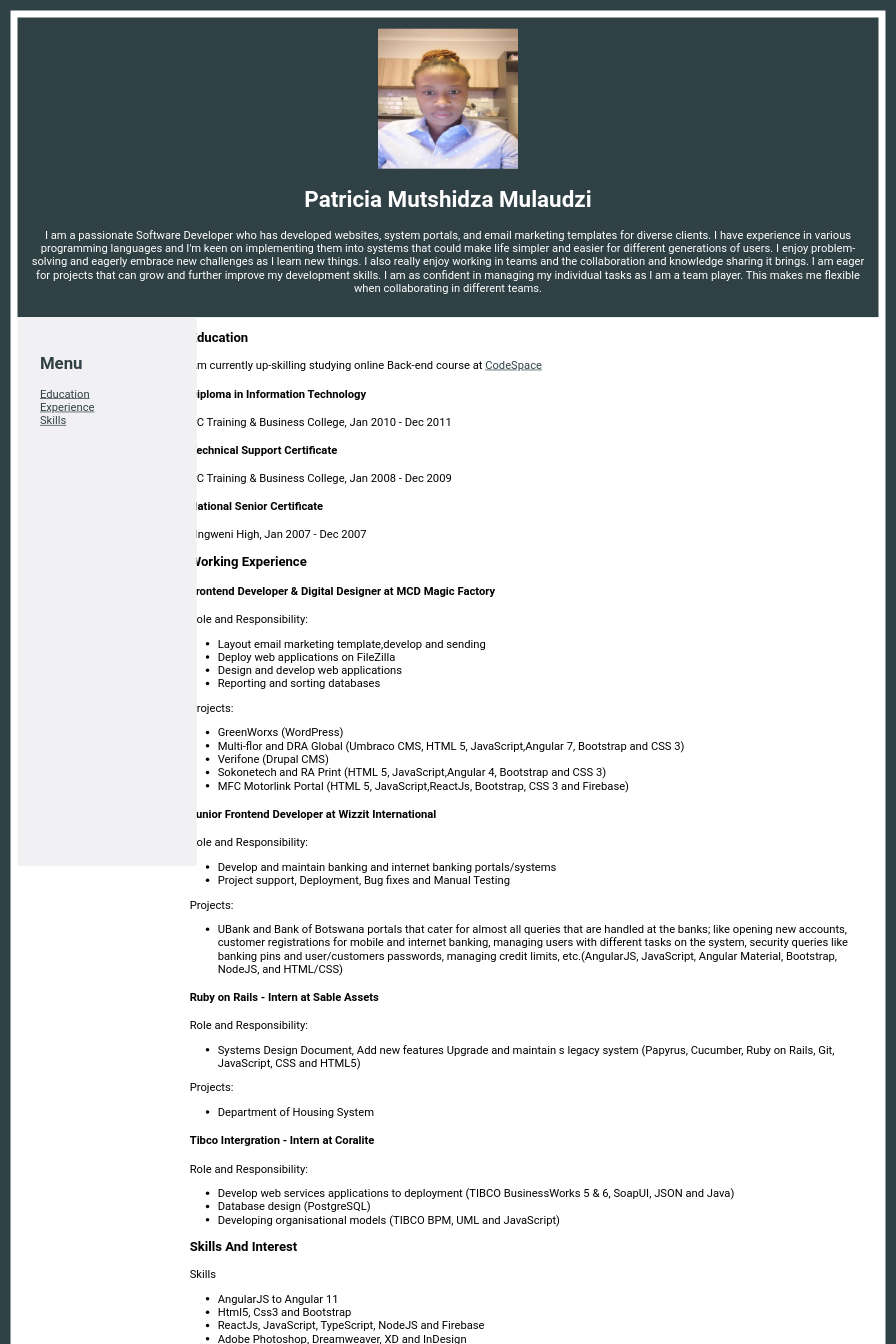
Repository: Patricious/Digital-Resume-01
Page: index.html
The author's editor kept a copy of each file at every save. The page is drawn from the files as they stood at one save, then again after a run of saves.
The browser window is 1280 px wide. The pictures show the part of the page from y = 0 to 1920 px (the page is 2389 px tall before and 2661 px after), at 70% of full size.
A picture or video elsewhere on the page could not be fetched, so the positions and the page height are approximate.

Above is the page before, as saved 2021-08-23 11:03:18.

### index.html
<!DOCTYPE html>
<html>

<head>
    <title>Patricia Digital Resume</title>
    <link rel="stylesheet" type="text/css" href="css/stylesheet.css">
</head>

<body>

    <header>
        <img src="img/IMG_20200502_085519.jpg" alt="profile" width="200" height="200" />
        <h1>Patricia Mutshidza Mulaudzi</h1>
        <p>I am a passionate Software Developer who has developed websites, system portals, and email marketing templates for diverse clients. I have experience in various programming languages and I'm keen on implementing them into systems that could make
            life simpler and easier for different generations of users. I enjoy problem-solving and eagerly embrace new challenges as I learn new things. I also really enjoy working in teams and the collaboration and knowledge sharing it brings. I am
            eager for projects that can grow and further improve my development skills. I am as confident in managing my individual tasks as I am a team player. This makes me flexible when collaborating in different teams.</p>
    </header>
    <aside>
        <h2>Menu</h2>
        <ul class="nav">
            <li>
                <a href="#education">Education</a>
            </li>
            <li>
                <a href="#experience">Experience</a>
            </li>
            <li>
                <a href="#skills">Skills</a>
            </li>

        </ul>
    </aside>
    <section>
        <article>
            <h3 id="#education"> <span>Education</span>
            </h3>
            <p> Am currently up-skilling studying online Back-end course at
                <a href="https://www.codespace.co.za/courses/?matchtype=b&device=c&keyword=codespace&adgroupid=81088003381&utm_campaign=8148639553&utm_source=google&utm_medium=cpc&gclid=EAIaIQobChMIkP_7q8bG8gIV1uvtCh0w7A1-EAAYASAAEgL34vD_BwE"> CodeSpace</a>
            </p>

            <h4>Diploma in Information Technology </h4>

            <p>PC Training & Business College, Jan 2010 - Dec 2011</p>
            <h4>Technical Support Certificate </h4>


            <p>PC Training & Business College, Jan 2008 - Dec 2009</p>

            <h4>National Senior Certificate</h4>


            <p>Nngweni High, Jan 2007 - Dec 2007</p>
        </article>
    </section>
    <section>
        <article>
            <h3 id="#experience"> Working Experience</h3>
            <h4>Frontend Developer & Digital Designer at MCD Magic Factory
            </h4>
            <p>Role and Responsibility:</p>
            <ul>
                <li>Layout email marketing template,develop and sending</li>
                <li> Deploy web applications on FileZilla</li>
                <li>Design and develop web applications</li>
                <li>Reporting and sorting databases</li>
            </ul>
            <p>Projects:</p>
            <ul>
                <li>GreenWorxs (WordPress)</li>
                <li>Multi-flor and DRA Global (Umbraco CMS, HTML 5, JavaScript,Angular 7, Bootstrap and CSS 3)</li>
                <li>Verifone (Drupal CMS)</li>
                <li>Sokonetech and RA Print (HTML 5, JavaScript,Angular 4, Bootstrap and CSS 3)</li>
                <li>MFC Motorlink Portal (HTML 5, JavaScript,ReactJs, Bootstrap, CSS 3 and Firebase)</li>
            </ul>

            <h4>Junior Frontend Developer at Wizzit International
            </h4>
            <p>Role and Responsibility:</p>
            <ul>
                <li>Develop and maintain banking and internet banking portals/systems</li>
                <li>Project support, Deployment, Bug fixes and Manual Testing</li>

            </ul>
            <p>Projects:</p>
            <ul>
                <li>UBank and Bank of Botswana portals that cater for almost all queries that are handled at the banks; like opening new accounts, customer registrations for mobile and internet banking, managing users with different tasks on the system, security
                    queries like banking pins and user/customers passwords, managing credit limits, etc.(AngularJS, JavaScript, Angular Material, Bootstrap, NodeJS, and HTML/CSS)</li>
            </ul>

            <h4>Ruby on Rails - Intern at Sable Assets
            </h4>
            <p>Role and Responsibility:</p>
            <ul>
                <li>Systems Design Document, Add new features Upgrade and maintain s legacy system (Papyrus, Cucumber, Ruby on Rails, Git, JavaScript, CSS and HTML5)</li>

            </ul>
            <p>Projects:</p>
            <ul>
                <li>Department of Housing System</li>
            </ul>

            <h4>Tibco Intergration - Intern at Coralite
            </h4>
            <p>Role and Responsibility:</p>
            <ul>
                <li>Develop web services applications to deployment (TIBCO BusinessWorks 5 & 6, SoapUI, JSON and Java)
                </li>
                <li>Database design (PostgreSQL)</li>
                <li>Developing organisational models (TIBCO BPM, UML and JavaScript)</li>
            </ul>
        </article>
    </section>
    <section>
        <article>
            <h3 id="#skills">Skills And Interest</h3>
            <p>Skills</p>
            <ul>
                <li>AngularJS to Angular 11</li>
                <li>Html5, Css3 and Bootstrap</li>
                <li>ReactJs, JavaScript, TypeScript, NodeJS and Firebase</li>
                <li>Adobe Photoshop, Dreamweaver, XD and InDesign</li>
            </ul>
            <p>Interest </p>
            <ul>
                <li>Travelling and outdoor activities</li>
            </ul>
        </article>
    </section>
    <footer>
        <h2>Contact Details</h2>
        <a href="https://www.linkedin.com/in/patricia-mulaudzi-93b526101/"><img src="In.jpeg" alt="LinkedIN"></a>
        <a href=""><img src="fb.png" alt="Facebook"></a>
        <a href="mailto:mulaudzi689@gmail.com"><img src="Gm.png" alt="Gmail"></a>
    </footer>
</body>

</html>

### css/stylesheet.css
    body {
        font-family: 'Roboto', sans-serif;
        font-size: 100%;
        background-color: #ffffff;
        margin: 10px;
        overflow: scroll;
    }

    html {
        border: 15px solid #304145;
    }

    header {
        text-align: center;
        background-color: #304145;
        color: #ffffff;
        padding: 1em;
    }

    aside {
        background-color: #F1F1F3;
        color: #304145;
        width: 15%;
        padding: 2em;
        height: 100%;
        float: left;
        position: absolute;
        flex: 0 0 auto;
    }

    .nav {
        list-style-type: none;
        margin: 0;
        padding: 0;
    }

    a {
        color: #304145;
    }

    section {
        margin-left: 20%;
        background-color: #ffffff;
    }

    <section><article><h3 id="#education"><span>Education</span></h3><p>Am currently up-skilling studying online Back-end course at <a href="https://www.codespace.co.za/courses/?matchtype=b&device=c&keyword=codespace&adgroupid=81088003381&utm_campaign=8148639553&utm_source=google&utm_medium=cpc&gclid=EAIaIQobChMIkP_7q8bG8gIV1uvtCh0w7A1-EAAYASAAEgL34vD_BwE">CodeSpace</a></p><h4>Diploma in Information Technology </h4><p>PC Training & Business College,
    Jan 2010 - Dec 2011</p><h4>Technical Support Certificate </h4><p>PC Training & Business College,
    Jan 2008 - Dec 2009</p><h4>National Senior Certificate</h4><p>Nngweni High,
    Jan 2007 - Dec 2007</p><h3 id="#experience">Working Experience</h3><h4>Frontend Developer & Digital Designer at MCD Magic Factory </h4><p>Role and Responsibility:</p><ul><li>Layout email marketing template,
    develop and sending</li><li>Deploy web applications on FileZilla</li><li>Design and develop web applications</li><li>Reporting and sorting databases</li></ul><p>Projects:</p><ul><li>GreenWorxs (WordPress)</li><li>Multi-flor and DRA Global (Umbraco CMS, HTML 5, JavaScript, Angular 7, Bootstrap and CSS 3)</li><li>Verifone (Drupal CMS)</li><li>Sokonetech and RA Print (HTML 5, JavaScript, Angular 4, Bootstrap and CSS 3)</li><li>MFC Motorlink Portal (HTML 5, JavaScript, ReactJs, Bootstrap, CSS 3 and Firebase)</li></ul><h4>Junior Frontend Developer at Wizzit International </h4><p>Role and Responsibility:</p><ul><li>Develop and maintain banking and internet banking portals/systems</li><li>Project support,
    Deployment,
    Bug fixes and Manual Testing</li></ul><p>Projects:</p><ul><li>UBank and Bank of Botswana portals that cater for almost all queries that are handled at the banks;
    like opening new accounts,
    customer registrations for mobile and internet banking,
    managing users with different tasks on the system,
    security queries like banking pins and user/customers passwords,
    managing credit limits,
    etc.(AngularJS, JavaScript, Angular Material, Bootstrap, NodeJS, and HTML/CSS)</li></ul><h4>Ruby on Rails - Intern at Sable Assets </h4><p>Role and Responsibility:</p><ul><li>Systems Design Document,
    Add new features Upgrade and maintain s legacy system (Papyrus, Cucumber, Ruby on Rails, Git, JavaScript, CSS and HTML5)</li></ul><p>Projects:</p><ul><li>Department of Housing System</li></ul><h4>Tibco Intergration - Intern at Coralite </h4><p>Role and Responsibility:</p><ul><li>Develop web services applications to deployment (TIBCO BusinessWorks 5 & 6, SoapUI, JSON and Java) </li><li>Database design (PostgreSQL)</li><li>Developing organisational models (TIBCO BPM, UML and JavaScript)</li></ul><h3 id="#skills">Skills And Interest</h3><p>Skills</p><ul><li>AngularJS to Angular 11</li><li>Html5,
    Css3 and Bootstrap</li><li>ReactJs,
    JavaScript,
    TypeScript,
    NodeJS and Firebase</li><li>Adobe Photoshop,
    Dreamweaver,
    XD and InDesign</li></ul><p>Interest </p><ul><li>Travelling and outdoor activities</li></ul></article></section>footer {
        background-color: #304145;
        text-align: center;
        color: #ffffff;
        padding: 1em;
    }

After the next 2 saves:
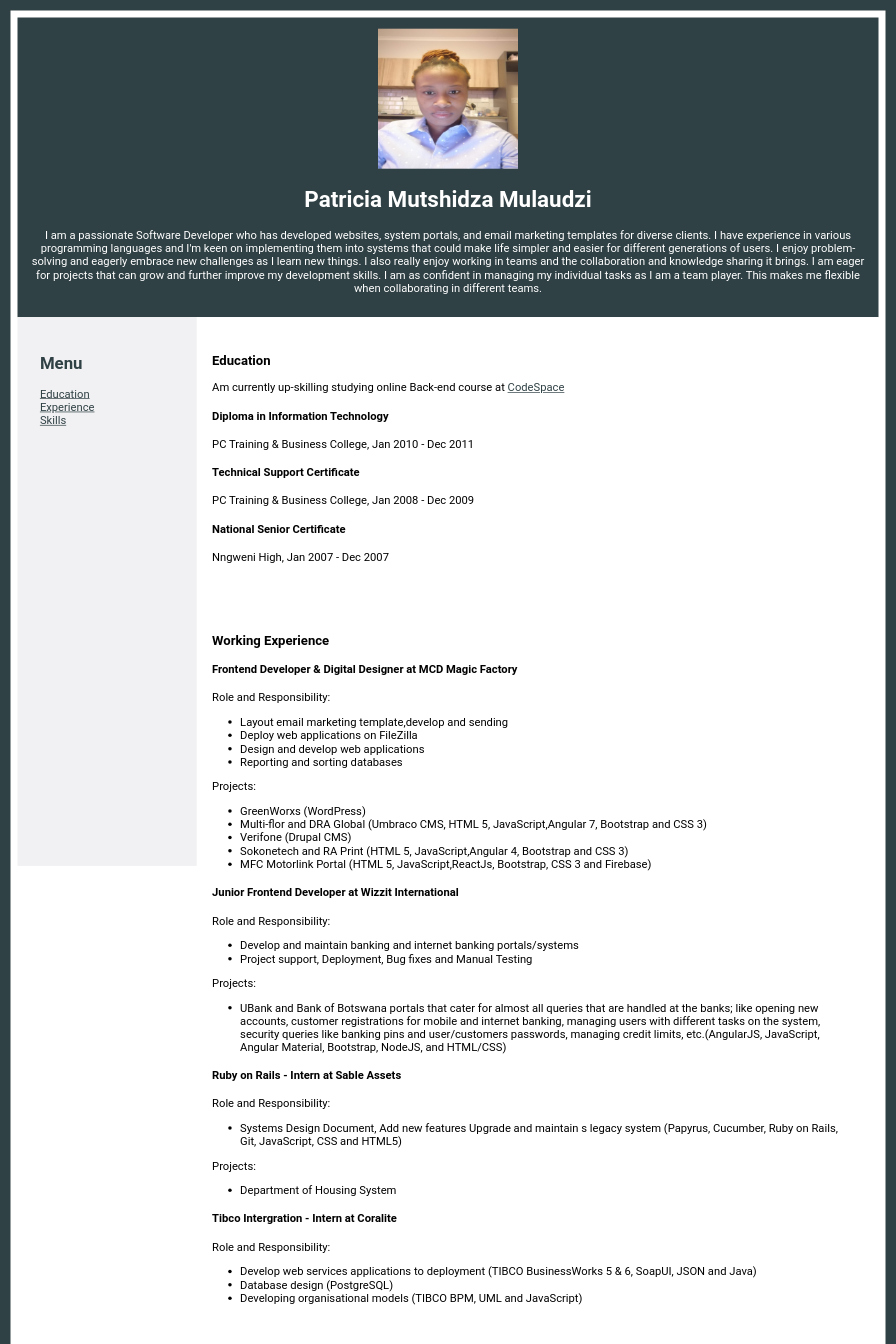
The 2 saves are shown as one change because they came seconds apart.
The last was saved 7 s later.
--- a/css/stylesheet.css
+++ b/css/stylesheet.css
@@ -41,28 +41,10 @@
     section {
         margin-left: 20%;
         background-color: #ffffff;
+        padding: 2em;
     }
 
-    <section><article><h3 id="#education"><span>Education</span></h3><p>Am currently up-skilling studying online Back-end course at <a href="https://www.codespace.co.za/courses/?matchtype=b&device=c&keyword=codespace&adgroupid=81088003381&utm_campaign=8148639553&utm_source=google&utm_medium=cpc&gclid=EAIaIQobChMIkP_7q8bG8gIV1uvtCh0w7A1-EAAYASAAEgL34vD_BwE">CodeSpace</a></p><h4>Diploma in Information Technology </h4><p>PC Training & Business College,
-    Jan 2010 - Dec 2011</p><h4>Technical Support Certificate </h4><p>PC Training & Business College,
-    Jan 2008 - Dec 2009</p><h4>National Senior Certificate</h4><p>Nngweni High,
-    Jan 2007 - Dec 2007</p><h3 id="#experience">Working Experience</h3><h4>Frontend Developer & Digital Designer at MCD Magic Factory </h4><p>Role and Responsibility:</p><ul><li>Layout email marketing template,
-    develop and sending</li><li>Deploy web applications on FileZilla</li><li>Design and develop web applications</li><li>Reporting and sorting databases</li></ul><p>Projects:</p><ul><li>GreenWorxs (WordPress)</li><li>Multi-flor and DRA Global (Umbraco CMS, HTML 5, JavaScript, Angular 7, Bootstrap and CSS 3)</li><li>Verifone (Drupal CMS)</li><li>Sokonetech and RA Print (HTML 5, JavaScript, Angular 4, Bootstrap and CSS 3)</li><li>MFC Motorlink Portal (HTML 5, JavaScript, ReactJs, Bootstrap, CSS 3 and Firebase)</li></ul><h4>Junior Frontend Developer at Wizzit International </h4><p>Role and Responsibility:</p><ul><li>Develop and maintain banking and internet banking portals/systems</li><li>Project support,
-    Deployment,
-    Bug fixes and Manual Testing</li></ul><p>Projects:</p><ul><li>UBank and Bank of Botswana portals that cater for almost all queries that are handled at the banks;
-    like opening new accounts,
-    customer registrations for mobile and internet banking,
-    managing users with different tasks on the system,
-    security queries like banking pins and user/customers passwords,
-    managing credit limits,
-    etc.(AngularJS, JavaScript, Angular Material, Bootstrap, NodeJS, and HTML/CSS)</li></ul><h4>Ruby on Rails - Intern at Sable Assets </h4><p>Role and Responsibility:</p><ul><li>Systems Design Document,
-    Add new features Upgrade and maintain s legacy system (Papyrus, Cucumber, Ruby on Rails, Git, JavaScript, CSS and HTML5)</li></ul><p>Projects:</p><ul><li>Department of Housing System</li></ul><h4>Tibco Intergration - Intern at Coralite </h4><p>Role and Responsibility:</p><ul><li>Develop web services applications to deployment (TIBCO BusinessWorks 5 & 6, SoapUI, JSON and Java) </li><li>Database design (PostgreSQL)</li><li>Developing organisational models (TIBCO BPM, UML and JavaScript)</li></ul><h3 id="#skills">Skills And Interest</h3><p>Skills</p><ul><li>AngularJS to Angular 11</li><li>Html5,
-    Css3 and Bootstrap</li><li>ReactJs,
-    JavaScript,
-    TypeScript,
-    NodeJS and Firebase</li><li>Adobe Photoshop,
-    Dreamweaver,
-    XD and InDesign</li></ul><p>Interest </p><ul><li>Travelling and outdoor activities</li></ul></article></section>footer {
+    footer {
         background-color: #304145;
         text-align: center;
         color: #ffffff;
